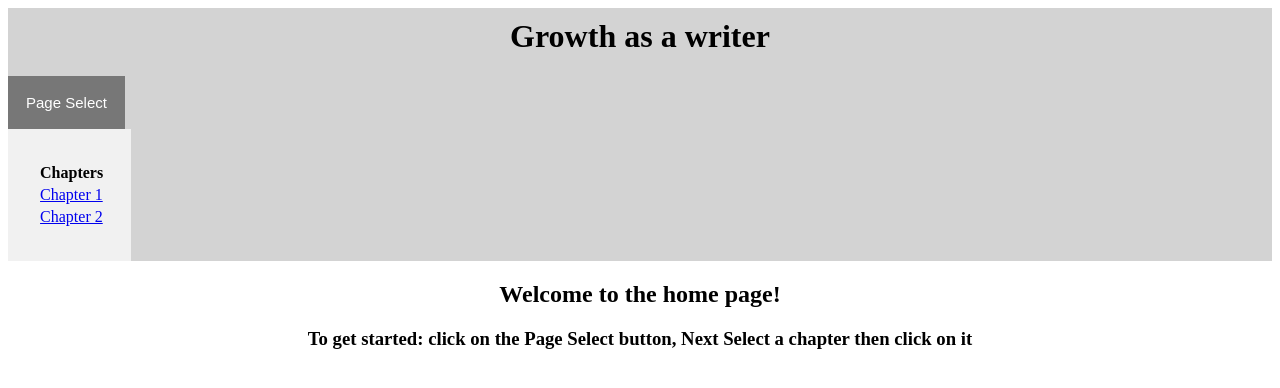
Repository: jpaisiem/WP-4
Page: index.html
These files come from the project's save history. The page is drawn as it stood at one moment and after the next save; the edit follows.
The browser window is 1280 px wide. The pictures show the whole page.

Above is the page before, as saved 2025-04-29 12:30:15.

After the next save:
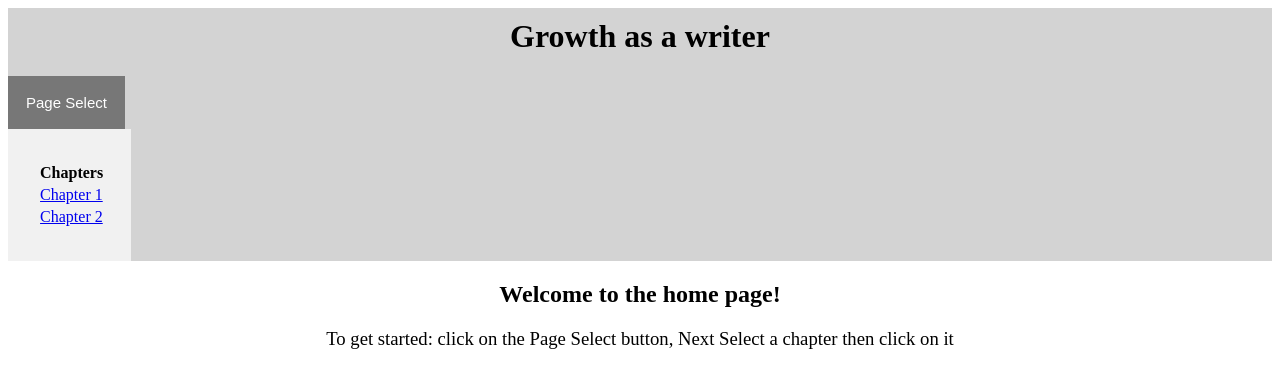
Saved 11 s later.
--- a/index.html
+++ b/index.html
@@ -51,7 +51,7 @@
     </div>
 <div style="text-align: center;">
      <h2 style="text-align: center;">Welcome to the home page!</h2>
-     <h3 style="font-size: 36 font-weight: none;">To get started: click on the Page Select button, Next Select a chapter then click on it</h3>
+     <h3 style="font-size: 36; font-weight: normal;">To get started: click on the Page Select button, Next Select a chapter then click on it</h3>
 </div>
 <script>
 var coll = document.getElementsByClassName("collapsible");
